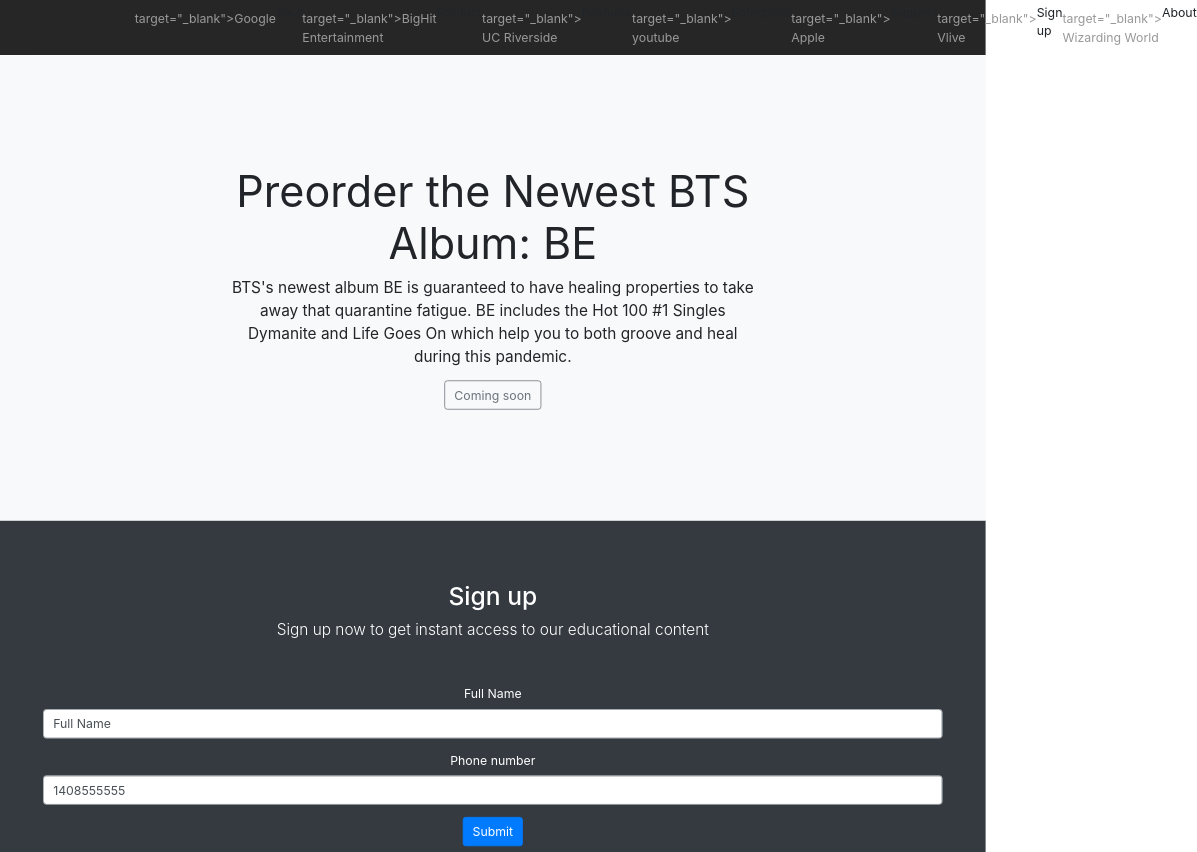
Repository: Hailee005/HaileeMadrigal-Resume
Page: LearnCS8-Twilio/index.html
The author's editor kept a record of every edit. The page is drawn from the files as they stood at one moment, then again after the next edit.
The browser window is 1280 px wide. The page is 1554 px wide, so the pictures cover 1554 px, including what lies to the right of the window. The pictures show the whole page, at 77% of full size.

Above is the page before.

After the next edit:
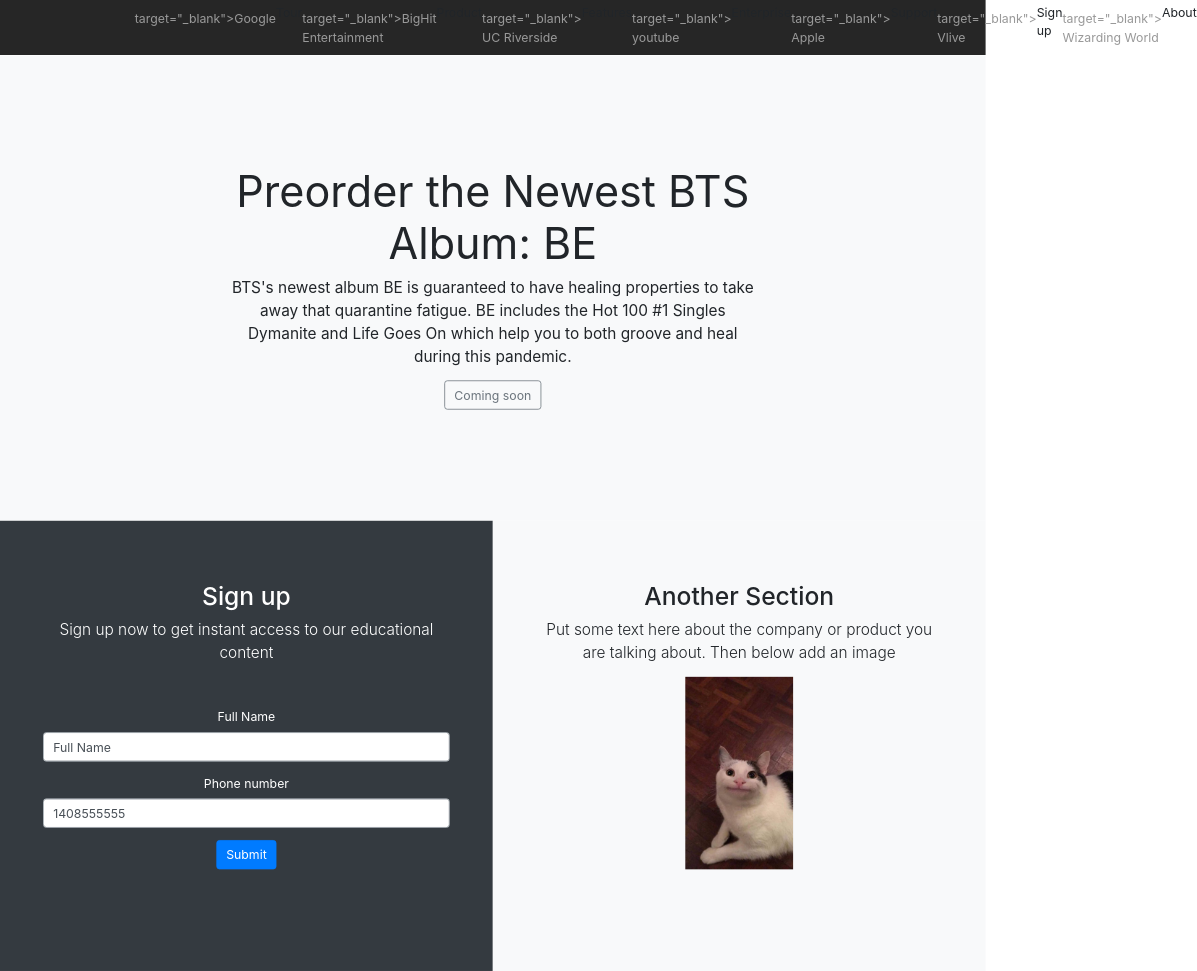
The edit:
--- a/LearnCS8-Twilio/index.html
+++ b/LearnCS8-Twilio/index.html
@@ -74,5 +74,15 @@
             <button type="submit" class="btn btn-primary">Submit</button>
         </form>
     </div>
+    <!-- Right Tile -->
+    <div class="bg-light pt-3 px-3 pt-md-5 px-md-5 text-center overflow-hidden">
+        <div class="my-3 p-3">
+            <h2 class="display-5">Another Section</h2>
+            <p class="lead">Put some text here about the company or product you are talking about. Then below add an image</p>
+            <img class="mx-auto" src="funny cat.jpeg" height="250px">
+        </div>
+        <div class="mx-auto" style="width: 80%; height: 100px; border-radius: 21px 21px 0 0;"></div>
+    </div>
+</div>
   </body>
 </html>
